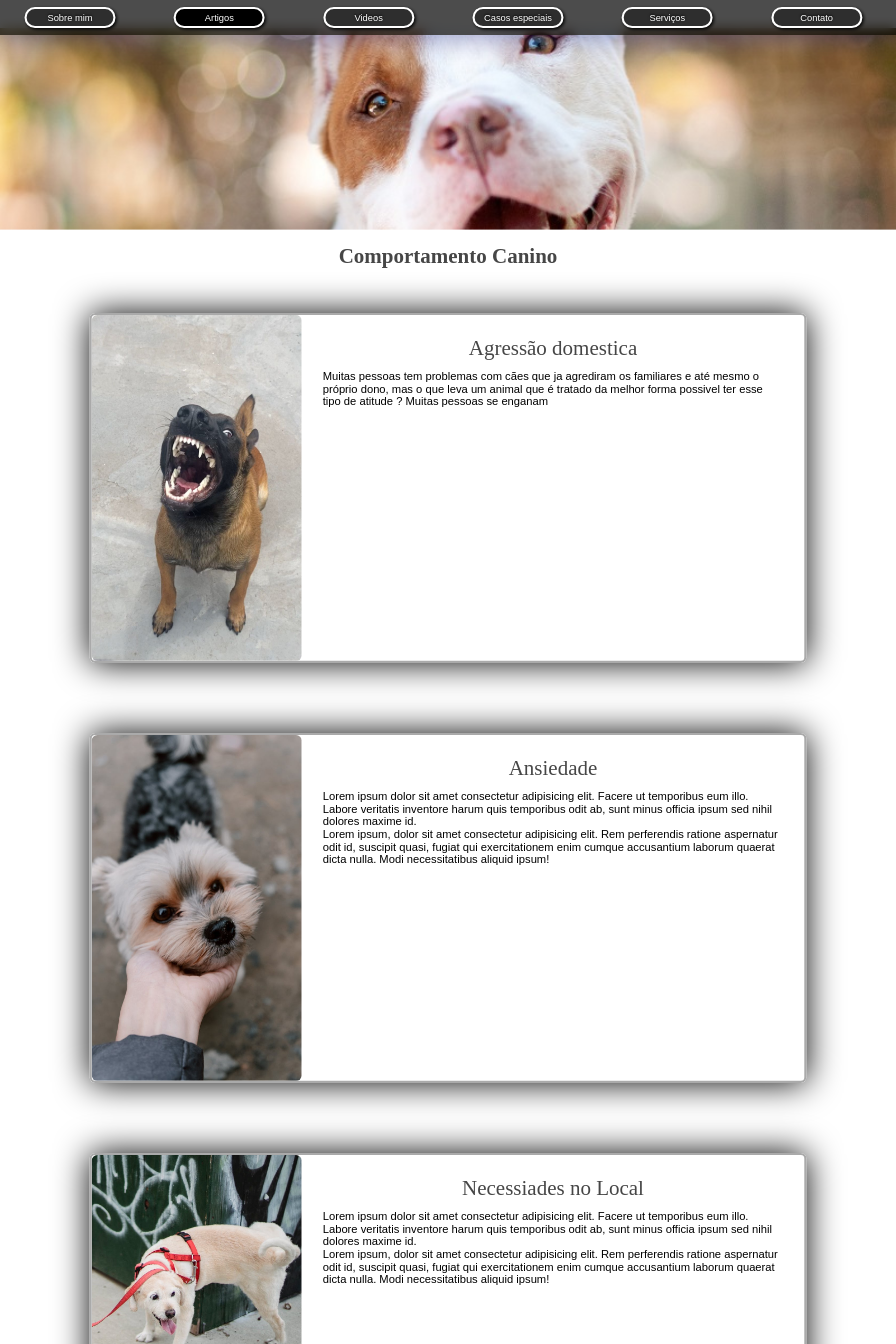
Repository: KevynMarques/Blog-React-StyledComponent
Page: /, after clicking the first element matching `button.sc-eqUAAy`
The author's editor kept a copy of each file at every save. The page is drawn from the files as they stood at one save, then again after the next save.
The browser window is 1280 px wide. The pictures show the part of the page from y = 0 to 1920 px (the page is 3448 px tall), at 70% of full size.
The project was rebuilt for these pictures with package versions that can differ from the ones it lists, and the page was loaded fresh each time. Also part of the build but not shown: src/Components/Clientes/index.jsx, src/Components/Serviços/index.jsx, src/Components/Contato/index.jsx, src/Components/View/index.jsx.

Above is the page before, as saved 2022-02-21 15:17:32.

After the next save:
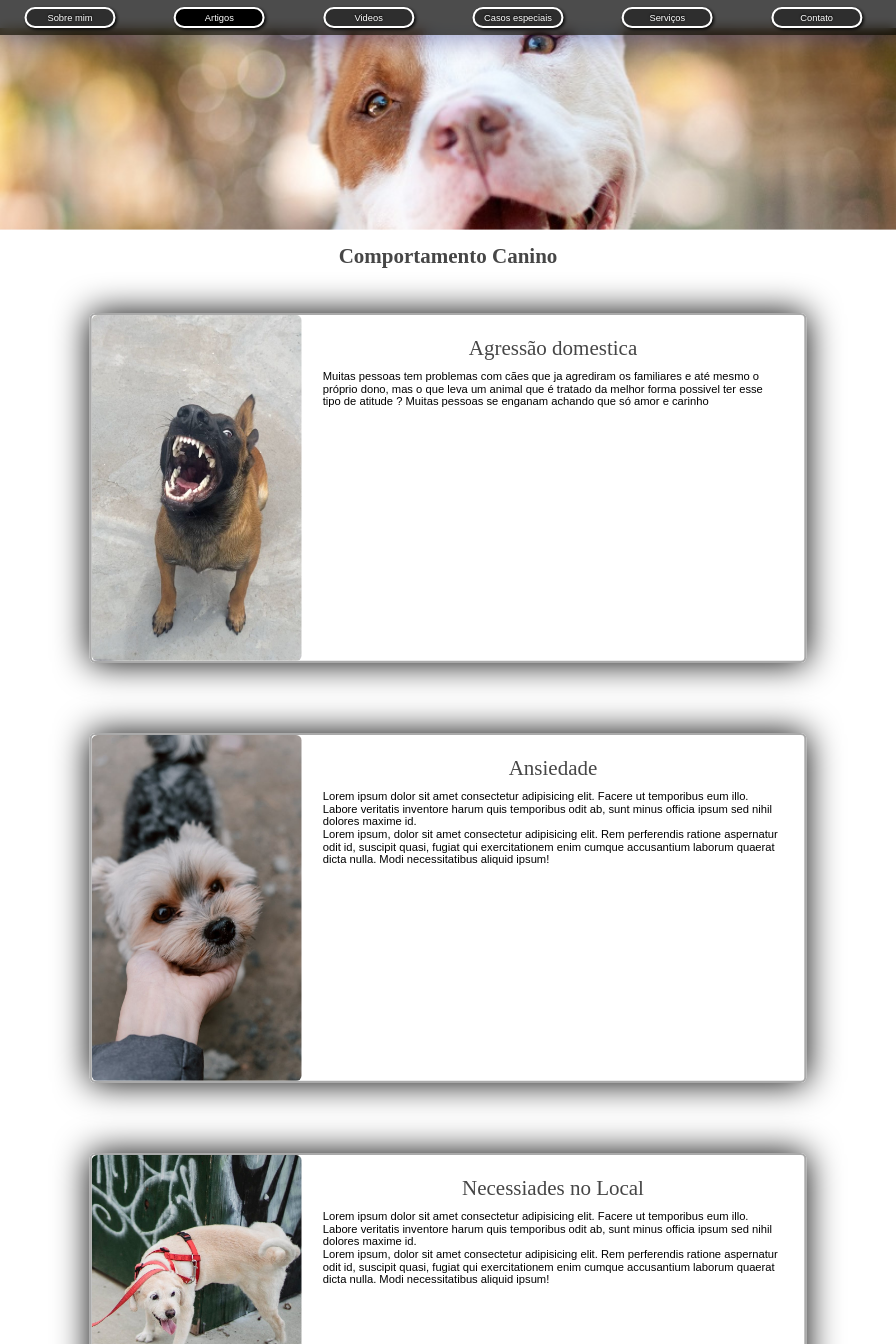
Saved 13 s later.
--- a/src/Components/Artigos/index.jsx
+++ b/src/Components/Artigos/index.jsx
@@ -26,7 +26,7 @@
        <Info>
        <TitleInfo>Agressão domestica</TitleInfo>
        Muitas pessoas tem problemas com cães que ja agrediram os familiares e até mesmo o próprio dono, mas o que leva um animal que é tratado
-       da melhor forma possivel ter esse tipo de atitude ? Muitas pessoas se enganam
+       da melhor forma possivel ter esse tipo de atitude ? Muitas pessoas se enganam achando que só amor e carinho
         </Info>
        </ContainerBox>
 
